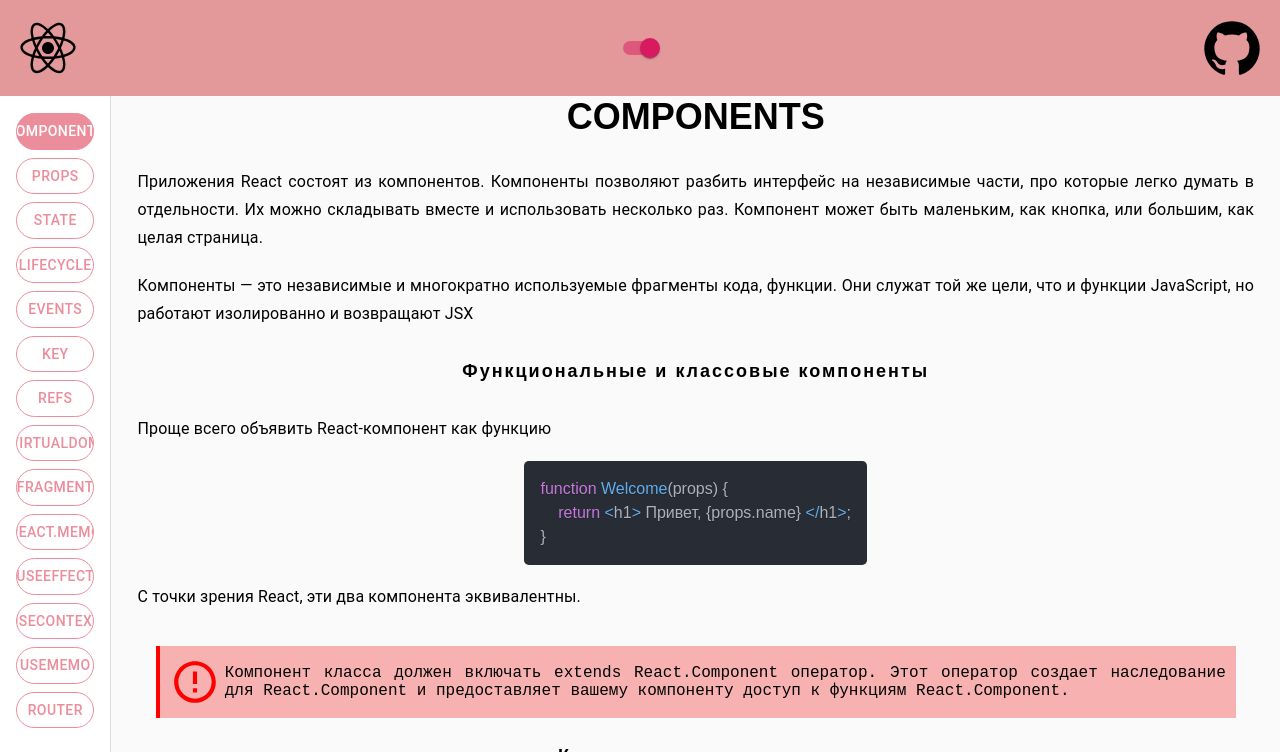
Repository: savannaaaas/reactDocumentation
Page: /topic/components
These files come from the project's save history. The page is drawn as it stood at one moment and after the next save; the edit follows.
The browser window is 1280 px wide. The pictures show the whole page.
An inner scrolling area shows only its first screen. The project was rebuilt for these pictures with package versions that can differ from the ones it lists, and the page was loaded fresh each time. Also part of the build but not shown: vite.config.js, src/pages/welcomePage/WelcomeButton/WelcomeButton.jsx, src/pages/welcomePage/Content/ContentWelcome.jsx, src/pages/welcomePage/WelcomePage.jsx, src/data/data.js, src/components/CustomTypography/CustomTypography.jsx.

Above is the page before, as saved 2025-07-31 20:56:37.

### index.html
<!DOCTYPE html>
<html lang="en" data-theme="light">
  <head>
    <meta charset="UTF-8" />
    <link rel="icon" type="image/svg+xml" href="/vite.svg" />
    <meta name="viewport" content="width=device-width, initial-scale=1.0" />
    <title>NoteBook</title>
  </head>
  <body>
    <div id="root"></div>
    <script type="module" src="/src/main.jsx"></script>
  </body>
</html>

### src/main.jsx
import { StrictMode } from "react";
import { createRoot } from "react-dom/client";
import App from "./App.jsx";
import { ThemeProvider } from "./providers/ThemeProvider.jsx";
import "./index.scss";
import { BrowserRouter } from "react-router";

createRoot(document.getElementById("root")).render(
  <StrictMode>
    <ThemeProvider>
      <BrowserRouter>
        <App />
      </BrowserRouter>
    </ThemeProvider>
  </StrictMode>
);

### src/App.jsx
import { Routes, Route } from "react-router";
import { WelcomePage } from "./pages/welcomePage/WelcomePage";
import { TopicPage } from "./pages/topicPage/TopicPage";
import "./index.scss";
import { data } from "./data/data";
import { Topic } from "./pages/topicPage/Topic";
function App() {
  return (
    <Routes>
      <Route path="/" element={<WelcomePage />} />
      <Route path="/topic" element={<TopicPage />}>
        <Route
          path="components"
          element={
            <Topic
              title={data[0].title}
              content={data[0].content}
              path={data[0].path}
            />
          }
        />
        <Route
          path="props"
          element={
            <Topic
              title={data[1].title}
              content={data[1].content}
              path={data[1].path}
            />
          }
        />
        <Route
          path="state"
          element={
            <Topic
              title={data[2].title}
              content={data[2].content}
              path={data[2].path}
            />
          }
        />
      </Route>
    </Routes>
  );
}

export default App;

### src/providers/ThemeProvider.jsx
import { useEffect, useState } from "react";
import { themes, ThemeContext } from "../contexts/ThemeContext";
const getTheme = () => {
  const theme = `${window?.localStorage.getItem("theme")}`; //получаем тему из хранилища
  if (Object.values(themes).includes(theme)) {
    //если тема такая есть возвращаем
    return theme;
  } //если в хранилище нет смотрим какую тему пользователь предпочитает
  const userMedia = window.matchMedia("(prefers-color-scheme: light)"); //проверяем предпочитает пользователь светлую тему если да возвр
  if (userMedia.matches) return themes.light;
  return themes.dark; //иначе темная
};
export const ThemeProvider = ({ children }) => {
  const [theme, setTheme] = useState(getTheme);
  useEffect(() => {
    document.documentElement.dataset.theme = theme; // добавляем атрибут data-theme на <html>
    localStorage.setItem("theme", theme); //устанавливаем и сохраняем текущую тему
  }, [theme]);
  return (
    <ThemeContext.Provider value={{ theme, setTheme }}>
      {children}
    </ThemeContext.Provider>
  );
};

### src/index.scss
* {
  padding: 0;
  margin: 0;
  box-sizing: border-box;
  overflow: hidden;
  font-family: Arial, Helvetica, sans-serif;
}
body {
  background-color: var(--background-color);
}

:root[data-theme="light"] {
  --background-color: #fafafa;
}

:root[data-theme="dark"] {
  --background-color: #313139;
}

### src/pages/topicPage/TopicPage.jsx
import { useEffect } from "react";
import { Outlet, useLocation } from "react-router";
import { Header } from "../welcomePage/Header/Header";
import { Navigation } from "../../components/Navigation/Navigation";
import { Grid } from "@mui/material";

export const TopicPage = () => {
  const location = useLocation();
  //Everytime when change pathname
  useEffect(() => {
    const customTypography = document.querySelector(".custom-typography");
    if (customTypography) {
      customTypography.scrollIntoView({ behavior: "smooth" });
    }
    const activeElement = document.querySelector(".active");
    if (activeElement) {
      activeElement.scrollIntoView({ inline: "center", behavior: "smooth" });
    }
  }, [location.pathname]);
  return (
    <>
      <Header />
      <Grid
        sx={{
          display: "flex",
          height: "calc(100vh - 64px)",
        }}
      >
        <Grid
          sx={{
            width: 250,
            borderRight: "1px solid #ddd",
            overflowY: "auto",
            position: "sticky",
            top: 0,
            height: "100%",
          }}
        >
          <Navigation />
        </Grid>
        <Grid sx={{ flexGrow: 1, overflowY: "auto", padding: 2 }}>
          <Outlet />
        </Grid>
      </Grid>
    </>
  );
};

### src/pages/topicPage/Topic.jsx
import { ImportantPoints } from "../../components/ImportantPoints/ImportantPoints";
import { CustomTypography } from "../../components/CustomTypography/CustomTypography";
import { Fragment } from "react/jsx-runtime";
import { Code } from "../../components/Code/Code";
import { Text } from "../../components/Text/Text";
import { Title } from "../../components/Title/Title";
import "../../components/CustomTypography/index.scss";
import { NavButtons } from "../../components/Navigation/NavButtons";
export const Topic = ({ title, content = [] }) => {
  console.log(title);
  const getValue = (content) => {
    return content.map((item) => {
      const [[key, value]] = Object.entries(item);
      switch (key) {
        case "p": {
          return <Text>{value}</Text>;
        }
        case "h": {
          return <Title>{value}</Title>;
        }
        case "c": {
          return <Code>{value}</Code>;
        }
        case "err": {
          return <ImportantPoints>{value}</ImportantPoints>;
        }
      }
    });
  };
  return (
    <>
      <h1 className="custom-typography">{title}</h1>
      {getValue(content).map((item, index) => (
        <Fragment key={index}>{item}</Fragment>
      ))}
      <NavButtons title={title} />
    </>
  );
};

### src/contexts/ThemeContext.jsx
import { createContext } from "react";
export const themes = {
  dark: "dark",
  light: "light",
};

export const ThemeContext = createContext({});

### src/pages/welcomePage/Header/Header.jsx
import GitHubIcon from "@mui/icons-material/GitHub";
import { Image } from "../../../components/Image/Image";
import { Toggle } from "../../../components/Toggle/Toggle";
import reactLogo from "../../../assets/react.svg";
import "../index.scss";
import { IconButton } from "@mui/material";
import { forwardRef } from "react";

export const Header = forwardRef((props, ref) => {
  return (
    <div ref={ref} className="header" {...props}>
      <IconButton
        href="https://react.dev/learn"
        target="_blank"
        rel="noopener noreferrer"
      >
        <Image src={reactLogo} style={{ width: "60px" }} />
      </IconButton>
      <Toggle />
      <IconButton
        href="https://github.com/savannaaaas"
        target="_blank"
        rel="noopener noreferrer"
        sx={{
          color: "black",
          "&:hover": {
            color: "#d81b60",
          },
        }}
      >
        <GitHubIcon
          sx={{
            fontSize: "60px",
          }}
        />
      </IconButton>
    </div>
  );
});

### src/pages/welcomePage/index.scss
$light-color: rgb(242, 118, 138);
$dark-color: #ffffff;

.header {
  background-color: rgb(227, 153, 153);
  display: flex;
  flex-direction: row;
  align-items: center;
  justify-content: space-between;
  padding: 10px;
  width: 100%;
}

.base-content {
  position: relative;
  display: flex;
  flex-direction: column;
  justify-content: center;
  align-items: center;
  gap: 100px;
  color: rgb(242, 118, 138);

  p {
    a {
      color: rgb(242, 118, 138);
      text-decoration: none;
    }
  }
}

.welcome-page {
  position: relative;
  display: flex;
  flex-direction: column;
  gap: 100px;
  justify-content: center;
  align-items: center;
}

.welcome-button {
  padding: 10 30px;
  width: 170px;
  border-radius: 30px;
}
[data-theme="light"] {
  .base-content {
    color: $light-color;

    p {
      a {
        color: $light-color;
      }
    }
  }
  .welcome-button {
    background-color: rgb(245, 60, 91);
    color: white;
  }
}

[data-theme="dark"] {
  .base-content {
    color: $dark-color;

    p {
      a {
        color: $dark-color;
      }
    }
  }
  .welcome-button {
    background-color: white;
    color: rgb(245, 60, 91);
  }
}

### src/components/Navigation/Navigation.jsx
import { Button } from "../Button/Button";
import "./index.scss";
import { Box, List, ListItem } from "@mui/material";
import { NavLink } from "react-router";
import { ButtonNavigate } from "./ButtonNavigate";
export const Navigation = () => {
  return (
    <Box
      className="list"
      sx={{
        overflowY: "auto",
        p: 2,
        left: 0,
      }}
    >
      <List sx={{ display: "flex", flexDirection: "column", gap: 1 }}>
        <ListItem disablePadding>
          <ButtonNavigate component={NavLink} to="/topic/components" fullWidth>
            Components
          </ButtonNavigate>
        </ListItem>
        <ListItem disablePadding>
          <ButtonNavigate component={NavLink} to="/topic/props" fullWidth>
            Props
          </ButtonNavigate>
        </ListItem>
        <ListItem disablePadding>
          <ButtonNavigate component={NavLink} to="/topic/state" fullWidth>
            State
          </ButtonNavigate>
        </ListItem>
        <ListItem disablePadding>
          <ButtonNavigate component={NavLink} to="/topic/lifecycle" fullWidth>
            Lifecycle
          </ButtonNavigate>
        </ListItem>
        <ListItem disablePadding>
          <ButtonNavigate component={NavLink} to="/topic/events" fullWidth>
            Events
          </ButtonNavigate>
        </ListItem>
        <ListItem disablePadding>
          <ButtonNavigate component={NavLink} to="/topic/key" fullWidth>
            Key
          </ButtonNavigate>
        </ListItem>
        <ListItem disablePadding>
          <ButtonNavigate component={NavLink} to="/topic/refs" fullWidth>
            Refs
          </ButtonNavigate>
        </ListItem>
        <ListItem disablePadding>
          <ButtonNavigate component={NavLink} to="/topic/virtual-dom" fullWidth>
            VirtualDOM
          </ButtonNavigate>
        </ListItem>
        <ListItem disablePadding>
          <ButtonNavigate component={NavLink} to="/topic/fragment" fullWidth>
            Fragment
          </ButtonNavigate>
        </ListItem>
        <ListItem disablePadding>
          <ButtonNavigate component={NavLink} to="/topic/react-memo" fullWidth>
            React.Memo
          </ButtonNavigate>
        </ListItem>
        <ListItem disablePadding>
          <ButtonNavigate component={NavLink} to="/topic/useEffect" fullWidth>
            useEffect
          </ButtonNavigate>
        </ListItem>
        <ListItem disablePadding>
          <ButtonNavigate component={NavLink} to="/topic/useContext" fullWidth>
            useContext
          </ButtonNavigate>
        </ListItem>
        <ListItem disablePadding>
          <ButtonNavigate component={NavLink} to="/topic/useMemo" fullWidth>
            useMemo
          </ButtonNavigate>
        </ListItem>
        <ListItem disablePadding>
          <ButtonNavigate component={NavLink} to="/topic/router" fullWidth>
            Router
          </ButtonNavigate>
        </ListItem>
      </List>
    </Box>
  );
};

### src/components/ImportantPoints/ImportantPoints.jsx
import Box from "@mui/material/Box";
import ErrorOutlineIcon from "@mui/icons-material/ErrorOutline";
import "./index.scss";
export const ImportantPoints = ({ children }) => {
  return (
    <Box component="section" className="importantBox">
      <ErrorOutlineIcon sx={{ color: "red", fontSize: 50 }} />
      {children}
    </Box>
  );
};

### src/components/Code/Code.jsx
import Paper from "@mui/material/Paper";
import { Prism as SyntaxHighlighter } from "react-syntax-highlighter";
import { oneDark } from "react-syntax-highlighter/dist/esm/styles/prism";
import { Box } from "@mui/material";
export const Code = ({ children }) => {
  return (
    <Box
      sx={{
        display: "flex",
        flexWrap: "wrap",
        justifyContent: "center",
        alignItems: "center",
      }}
    >
      <SyntaxHighlighter language="javascript" style={oneDark}>
        {children}
      </SyntaxHighlighter>
    </Box>
  );
};

### src/components/Text/Text.jsx
import { Typography } from "@mui/material";
import "./index.scss";
export const Text = ({ children, props }) => {
  return (
    <Typography {...props} variant="subtitle1" className="text">
      {children}
    </Typography>
  );
};

### src/components/Title/Title.jsx
import "./index.scss";
export const Title = ({ children }) => {
  return <div className="title">{children}</div>;
};

### src/components/CustomTypography/index.scss
@use "../Text/index";

.custom-typography {
  margin: 20px;
  font-weight: bold;
  text-transform: uppercase;
  text-align: center;
  font-size: 36px;
}
[data-theme="light"] {
  .custom-typography {
    color: index.$text-color-light;
  }
}
[data-theme="dark"] {
  .custom-typography {
    color: index.$text-color-dark;
  }
}

### src/components/Navigation/NavButtons.jsx
import { Button, Grid } from "@mui/material";
import ArrowBackIosNewIcon from "@mui/icons-material/ArrowBackIosNew";
import ArrowForwardIosIcon from "@mui/icons-material/ArrowForwardIos";
import { data } from "../../data/data";
import "./index.scss";
import { NavLink } from "react-router";
export const NavButtons = ({ title }) => {
  const topics = data.map((e) => {
    const { title, path } = e;
    return { title, path };
  });
  const getCurrentTopic = (title) => {
    return topics.findIndex((topic) => topic.title == title);
  };
  const getBackNextTopic = (title) => {
    const current = getCurrentTopic(title);
    const back = current > 0 ? topics[current - 1] : null;
    const next = current < topics.length - 1 ? topics[current + 1] : null;
    return (
      <>
        {back && (
          <Button
            variant="contained"
            className="navigate-button"
            startIcon={<ArrowBackIosNewIcon />}
          >
            <NavLink to={"/topic/" + back.path} className="navigate-button">
              Back topic
            </NavLink>
          </Button>
        )}
        {next && (
          <Button
            variant="contained"
            className="navigate-button"
            endIcon={<ArrowForwardIosIcon />}
          >
            <NavLink to={"/topic/" + next.path} className="navigate-button">
              Next topic
            </NavLink>
          </Button>
        )}
      </>
    );
  };
  return <div className="buttons">{getBackNextTopic(title)}</div>;
};

### src/components/Button/Button.jsx
import ButtonCustom from "@mui/material/Button";
export const Button = ({ children, ...props }) => {
  return <ButtonCustom {...props}>{children}</ButtonCustom>;
};

### src/components/Image/Image.jsx
export const Image = ({ ...props }) => {
  return <img {...props} />;
};

### src/components/Toggle/Toggle.jsx
import { useContext } from "react";
import { ThemeContext } from "../../contexts/ThemeContext";
import { alpha, styled } from "@mui/material/styles";
import { grey, pink } from "@mui/material/colors";
import { themes } from "../../contexts/ThemeContext";
import Switch from "@mui/material/Switch";
export const Toggle = () => {
  const { theme, setTheme } = useContext(ThemeContext);
  const ThemeSwitch = styled(Switch)(({ theme }) => ({
    "& .MuiSwitch-switchBase": {
      color: grey[600],
      "&:hover": {
        backgroundColor: alpha(grey[600], theme.palette.action.hoverOpacity),
      },
    },
    "& .MuiSwitch-track": {
      backgroundColor: grey[600],
    },
    "& .MuiSwitch-switchBase.Mui-checked": {
      color: pink[600],
      "&:hover": {
        backgroundColor: alpha(pink[600], theme.palette.action.hoverOpacity),
      },
    },
    "& .MuiSwitch-switchBase.Mui-checked + .MuiSwitch-track": {
      backgroundColor: pink[600],
    },
  }));
  const handleChange = () => {
    if (theme === themes.light) setTheme(themes.dark);
    if (theme === themes.dark) setTheme(themes.light);
  };
  return (
    <ThemeSwitch checked={theme == themes.light} onChange={handleChange} />
  );
};

### src/components/Navigation/index.scss
.buttons {
  display: flex;
  flex-direction: row;
  justify-content: center;
  align-items: center;
  gap: 20px;
  margin: 20px;
}
.navigate-button {
  width: 150px;
  border-radius: 60%;

  text-decoration: none;
}

[data-theme="light"] {
  .list {
    background-color: #ffffff;
  }
  .navigate-button {
    background-color: rgb(242, 118, 138);
    color: #ffffff;
  }
}

[data-theme="dark"] {
  .list {
    background-color: #313139;
  }
  .navigate-button {
    background-color: #ffffff;
    color: rgb(242, 118, 138);
  }
}

### src/components/Navigation/ButtonNavigate.jsx
import { Button } from "../Button/Button";
import "./index.scss";
export const ButtonNavigate = ({ children, ...props }) => {
  return (
    <Button
      {...props}
      variant="outlined"
      sx={{
        width: "200px",
        fontSize: "14px",
        borderRadius: "40px",
        border: "1px rgba(236, 141, 156, 1) solid",
        color: "rgba(236, 141, 156, 1)",
        "&.active": {
          backgroundColor: "rgba(236, 141, 156, 1)",
          color: "#ffff",
        },
      }}
    >
      {children}
    </Button>
  );
};

### src/components/ImportantPoints/index.scss
.importantBox {
  display: flex;
  width: 150vh;
  height: 10vh;
  margin: 25px auto;
  text-align: justify;
  align-items: center;
  flex-direction: row;
  gap: 5px;
  padding: 10px;
  box-sizing: border-box;
  font-size: 16px;
  font-family: monospace;
}
[data-theme="light"] {
  .importantBox {
    border-left: 4px solid red;
    background-color: rgba(245, 3, 3, 0.292);
  }
}
[data-theme="dark"] {
  .importantBox {
    border-left: 4px solid red;
    background-color: rgb(95, 95, 95);
    color: rgb(232, 232, 232);
  }
}

### src/components/Text/index.scss
$text-color-dark: aliceblue;
$text-color-light: black;
.text {
  text-align: justify;
  font-size: medium;
  line-height: 1.5;
  letter-spacing: 2px;
  padding: 10px;
}
[data-theme="light"] {
  .text {
    color: $text-color-light;
  }
}
[data-theme="dark"] {
  .text {
    color: $text-color-dark;
  }
}

### src/components/Title/index.scss
@use "../Text/index";
.title {
  text-align: center;
  font-size: 18px;
  line-height: 1.5;
  letter-spacing: 2px;
  margin: 20px;
  font-weight: bold;
}

[data-theme="light"] {
  .title {
    color: index.$text-color-light;
  }
}
[data-theme="dark"] {
  .title {
    color: index.$text-color-dark;
  }
}

After the next save:
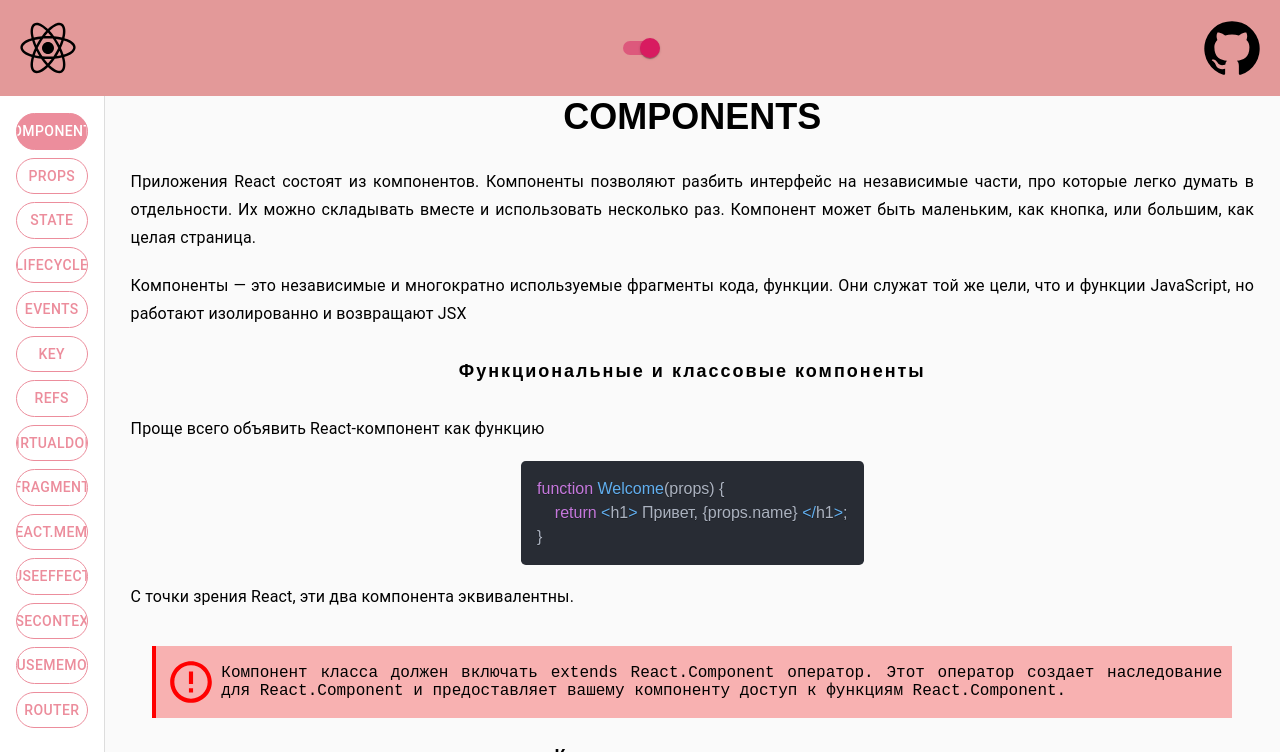
Saved 9 s later.
--- a/src/pages/topicPage/TopicPage.jsx
+++ b/src/pages/topicPage/TopicPage.jsx
@@ -28,7 +28,6 @@
       >
         <Grid
           sx={{
-            width: 250,
             borderRight: "1px solid #ddd",
             overflowY: "auto",
             position: "sticky",

After the save that followed:
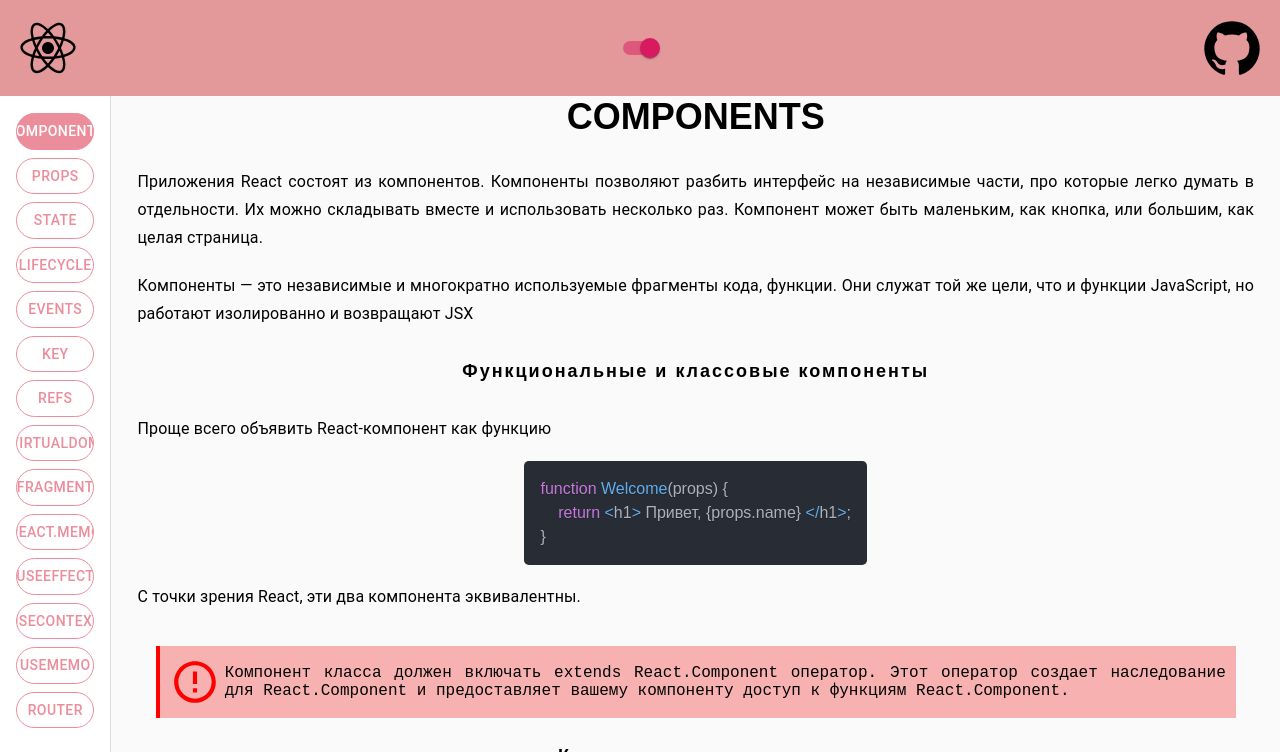
Saved 31 s later.
--- a/src/pages/topicPage/TopicPage.jsx
+++ b/src/pages/topicPage/TopicPage.jsx
@@ -28,6 +28,7 @@
       >
         <Grid
           sx={{
+            width: 250,
             borderRight: "1px solid #ddd",
             overflowY: "auto",
             position: "sticky",
